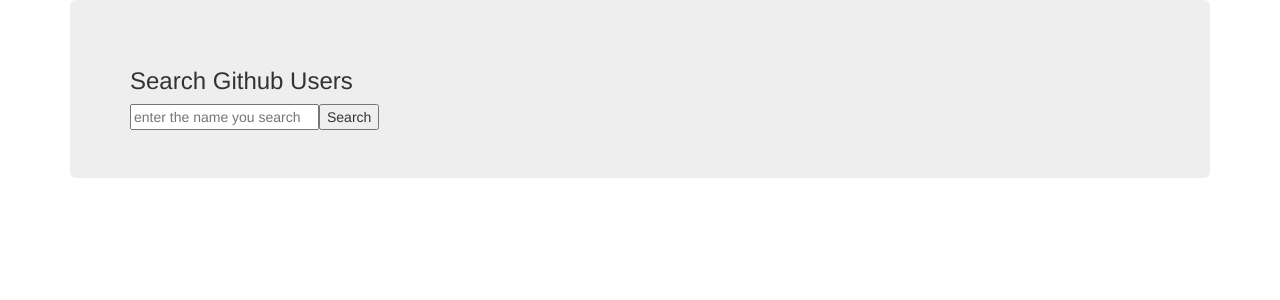
Repository: 319226862/wyy
Page: / (app in Search/)
An editor plug-in stored every save of this project. The page is shown before and after the next save, followed by the edit.
The browser window is 1280 px wide. The pictures show the whole page.
The project was rebuilt for these pictures with package versions that can differ from the ones it lists, and the page was loaded fresh each time. Also part of the build but not shown: Search/vue.config.js.

Above is the page before, as saved 2023-06-27 10:28:42.

After the next save:
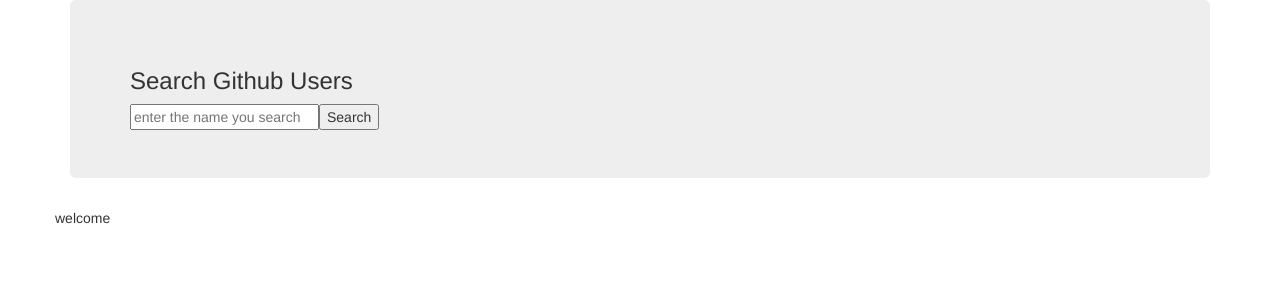
Saved 7 s later.
--- a/Search/src/components/List.vue
+++ b/Search/src/components/List.vue
@@ -6,7 +6,7 @@
             </a>
             <p class="card-text">{{ user.login }}</p>
         </div>
-        <div v-show="!users">welcome</div>
+        <div v-show="!users.length">welcome</div>
     </div>
 </template>
 
